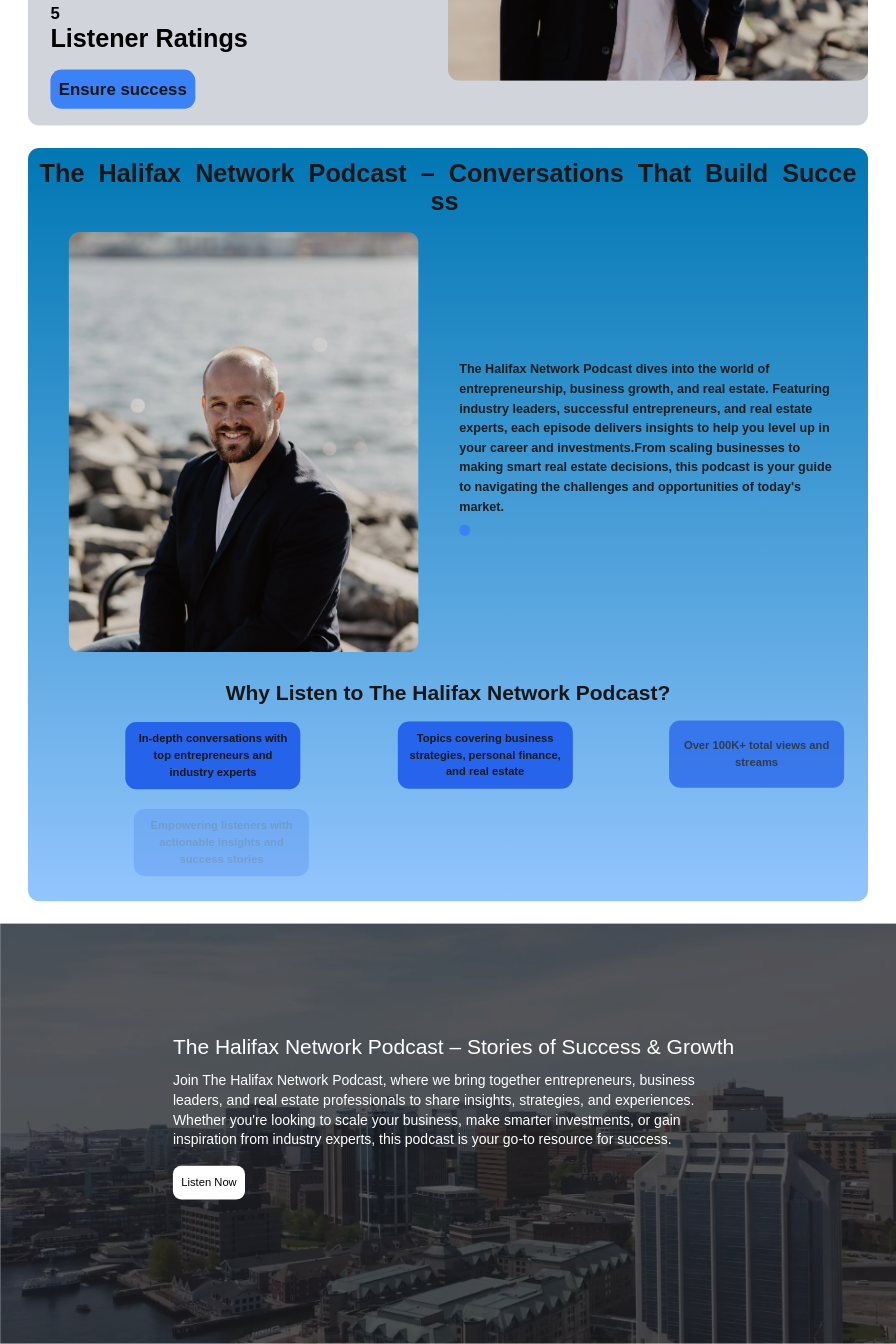
Repository: TMuse333/Chris-crowell
Page: /podcast (app in frontend/)
An editor plug-in stored every save of this project. The page is shown before and after the next save, followed by the edit.
The browser window is 1280 px wide. The pictures show the part of the page from y = 1048 to 2968 px (the page is 2968 px tall before and 2368 px after), at 70% of full size.
The project was rebuilt for these pictures with package versions that can differ from the ones it lists, and the page was loaded fresh each time. The framework's server and built-in components were replaced by stand-ins that run in the browser. Also part of the build but not shown: frontend/next.config.ts.

Above is the page before, as saved 2025-02-15 21:36:49.

### frontend/src/app/layout.tsx
import { ContextProvider } from "@/context/context";
import type { Metadata } from "next";
import { Geist, Geist_Mono } from "next/font/google";
import "./globals.css";

const geistSans = Geist({
  variable: "--font-geist-sans",
  subsets: ["latin"],
});

const geistMono = Geist_Mono({
  variable: "--font-geist-mono",
  subsets: ["latin"],
});

export const metadata: Metadata = {
  title: "Create Next App",
  description: "Generated by create next app",
};

export default function RootLayout({
  children,
}: Readonly<{
  children: React.ReactNode;
}>) {
  return (
    <html lang="en">
      <ContextProvider>


      <body
        className={`${geistSans.variable} ${geistMono.variable} antialiased`}
      >
        {children}
      </body>
      </ContextProvider>
    </html>
  );
}

### frontend/src/app/podcast/page.tsx


import PodcastPage from "@/pageComponents/podcastPage";
import React from "react";

const Page = () => {


    return (
        <PodcastPage/>
    )
}

export default Page

### frontend/src/context/context.tsx
"use client"

import React, { createContext, useState, useContext, ReactNode, useEffect } from 'react';

// Define the type for the context value
interface GeneralContextType {
  isMobile: boolean;
  setIsMobile: React.Dispatch<React.SetStateAction<boolean>>;
  isDesktop: boolean;
  setIsDesktop: React.Dispatch<React.SetStateAction<boolean>>;


  applicationFormState: Record<string, string>;
  setApplicationFormState: React.Dispatch<React.SetStateAction<Record<string, string>>>;


}


// Create the context
export const GeneralContext = createContext<GeneralContextType | undefined>(undefined);

// Create a provider component
export const ContextProvider: React.FC<{ children: ReactNode }> = ({ children }) => {
  // Initialize the value state


  // Detect mobile devices
  const [isMobile, setIsMobile] = useState<boolean>(true);

const [isDesktop, setIsDesktop] = useState(false)

const [applicationFormState, setApplicationFormState] = useState<Record<string, string>>({});

  useEffect(() => {
    const handleScroll = () => {
      if (typeof window !== 'undefined') {
        setIsMobile(window.innerWidth <= 865);
      }
      else{
        setIsDesktop(true)
      }
    };

    if (typeof window !== 'undefined') {
      window.addEventListener('scroll', handleScroll);
      handleScroll(); // Initial check
    }

    return () => {
      if (typeof window !== 'undefined') {
        window.removeEventListener('scroll', handleScroll);
      }
    };
  }, []);

  useEffect(() => {
    const handleScroll = () => {
      if (typeof window !== 'undefined') {
        setIsDesktop(window.innerWidth > 868);
      }

    };

    if (typeof window !== 'undefined') {
      window.addEventListener('scroll', handleScroll);
      handleScroll(); // Initial check
    }

    return () => {
      if (typeof window !== 'undefined') {
        window.removeEventListener('scroll', handleScroll);
      }
    };
  }, []);


  useEffect(() => {
    console.log('is mobile', isMobile);
    console.log("is desktop", isDesktop)
  }, [isDesktop]);

  const contextValue = {

    isMobile,
    setIsMobile,
    applicationFormState,
    setApplicationFormState,
    isDesktop,
    setIsDesktop


  };

  return <GeneralContext.Provider value={contextValue}>{children}</GeneralContext.Provider>;
};

export const useGeneralContext = (): GeneralContextType => {
  const context = useContext(GeneralContext);
  if (!context) {
    throw new Error('useGeneralContext must be used within a ContextProvider');
  }
  return context;
};

### frontend/src/app/globals.css
@tailwind base;
@tailwind components;
@tailwind utilities;

:root {
  --background: #ffffff;
  --foreground: #171717;
}

@media (prefers-color-scheme: dark) {
  :root {
    --background: #0a0a0a;
    --foreground: #ededed;
  }
}

body {
  color: var(--foreground);
  background: var(--background);
  font-family: Arial, Helvetica, sans-serif;
}

@keyframes gradientAnimation {
  0% { background-position: 0% 50%; }
  50% { background-position: 100% 50%; }
  100% { background-position: 0% 50%; }
}

.gradient-animation {
  background: linear-gradient(90deg, #00bfff, #00A7E0, #64D8FF);
  background-size: 200% 200%;
  background-clip: text;
  -webkit-background-clip: text;
  color: transparent;
  animation: gradientAnimation 8s ease-in-out infinite;
}

### frontend/src/pageComponents/podcastPage.tsx
"use client"

import BgText from "@/components/contentPieces/bgText/bgText";
import CountUpImageText from "@/components/contentPieces/countUpImageText/countUpImageText";
import ExperienceCard from "@/components/contentPieces/experienceCard/experienceCard";
import ServiceHerobanner from "@/components/herobanners/serviceHerobanner/serviceHerobanner";
import { podcastCountup, podcastExperienceCard, podcastHerobanner, podcastText } from "@/data/podcastData";
import React from "react";


const PodcastPage = () => {


    return (
        <main className="w-screen">
            <ServiceHerobanner
            {...podcastHerobanner}
           alt=""
            />
            <CountUpImageText
            {...podcastCountup}
            />

            <ExperienceCard
            {...podcastExperienceCard}
            buttonText=""
            />

            <BgText
            {...podcastText}
            />
        </main>
    )
}

export default PodcastPage

### frontend/src/components/contentPieces/bgText/bgText.tsx
"use client"

import React, { useRef} from "react";
import Link from "next/link";
import {motion, useInView} from 'framer-motion'
import Image from "next/image";


interface Props {
    image:string,
    title:string,
    description:string,
    buttonText:string,
    destination:string

}

const BgText: React.FC<Props> = ({image,title,description,
destination,buttonText}) => {

    const ref = useRef(null)

    const inView = useInView(ref,{
        once:true
    })

      const variants = {
        initial:{
            opacity:0,
            x:-100
        },
        animate:{
            x:0,
            opacity:1,
            transition:{
                opacity:{
                    duration:0.5
                }
            }
        }

      }

      const textVariants = {
        initial:{
            y:-20,
            opacity:0
        },
        animate:{
            opacity:1,
            y:0,
            transition:{
                delay:0.5
            }
        }
      }

    return (
        <motion.section ref={ref}

        className={`w-screen text-white h-[600px]
        relative flex flex-col items-center justify-center
        bg-center
        `}
        variants={variants}
        initial='initial'
        animate={inView ? 'animate' : 'initial'}
        >
            <Image src={image}
            alt="A background image of cash to signifies how you cash sell your houses fast for cash with ontario cash for houses"
            className='absolute w-full h-full
            object-cover'
                style={{
                    filter:'brightness(0.6)'
                }}
                width={600}
                height={1300}
            />

            <motion.div className="-mt-12 relative z-[4]"
              variants={textVariants}
              initial='initial'
              animate={inView ? 'animate' : 'initial'}>
            <motion.h4

            className="pl-4 text-3xl  ">{title}
            </motion.h4>

            <p className="mt-4 text-left pl-4 pr-4
            max-w-[800px] sm:text-xl ">{description}</p>

            <Link href={destination}
            passHref>
                <button className="mt-6 text-black
                bg-white ml-4 hover:bg-blue-500
                transition-all hover:text-white
                hover:scale-[1.05] p-3
                rounded-xl">
                {buttonText}
                </button>
            </Link>
            </motion.div>
        </motion.section>
    )
}

export default BgText

### frontend/src/components/contentPieces/countUpImageText/countUpImageText.tsx
import { useGeneralContext } from "@/context/context";
import Image from "next/image";
import React, { useRef } from "react";
import CountUp from "react-countup";
import {useInView,motion,useTransform,
    easeIn, useScroll
} from 'framer-motion'
interface Props {
    src:string,
    alt:string
    title:string,
    description:string,
    stats:{
        number:string,
        name:string
    }[]
}



const CountUpImageText:React.FC<Props> = ({
    src,alt,title,description,stats
}) => {

    const {isMobile} = useGeneralContext()

    const ref = useRef(null)

    const inView = useInView(ref,{
        amount:!isMobile ? 0.5 : 0.4,
        once:true
    })

    const { scrollYProgress } = useScroll({
        target: ref, // Watch this section
        offset: ["start end", "end start"], // Trigger based on when it enters and leaves the viewport
    });

    // Map scrollYProgress to scale and opacity
    const scale = useTransform(scrollYProgress, [0, 0.3, 0.7, 1], [0.95, 1, 1, 0.95],  { ease:easeIn });

    const fadeInVariants = (delay: number) => {

        return {
            initial: { opacity: 0, x: -30, y: -20 },
            animate: { opacity: 1, x: 0, y: 0 ,
            transition: {
              duration: 0.4,
              delay: delay, // Delay based on the parameter
              ease: "easeInOut"
            }
        }
        }

      };

      const statVariants = (delay: number) => {

        return {
            initial: { opacity: 0, x: -50, y: 0 },
            animate: { opacity: 1, x: 0, y: 0 ,
            transition: {
              duration: 0.5,
              delay:0.3 + delay, // Delay based on the parameter
              ease: "easeInOut"
            }
        }
        }
      };

      const ref2 = useRef(null)

      const countInView = useInView(ref2,{
        once:true
      })


      return (
        <motion.section
          style={{
            scale
          }}
          ref={ref}
          className="flex flex-col bg-gray-300 mt-12 w-[97vw] rounded-2xl overflow-hidden md:flex-row-reverse mx-auto max-w-[1200px]"
        >
          {/* Title */}
          <motion.h2
            variants={fadeInVariants(0)}
            initial="initial"
            animate={inView ? "animate" : "initial"}
            className="mx-auto text-3xl text-black font-bold text-center sm:text-4xl md:text-5xl mt-12 mb-4 md:hidden"
          >
            {title}
          </motion.h2>

          <section className="relative w-[98vw] md:w-[48vw] md:block h-[80vh]
          ">

            <Image
              src={src}
              alt={alt}
              width={600}
              height={1300}
              className={`w-full h-full rounded-2xl
              z-[1]
               object-cover mx-auto md:block transition-all
               duration-1000
               ${inView ? ' h-[80vh]' : 'h-0'}
                 mt-auto mb-auto absolute`}
              style={{
                borderRadius: "1rem"
              }}
            />
          </section>

          {/* Description */}
          <section className="flex flex-col px-4 md:w-[48vw]">
            <motion.h2
              variants={fadeInVariants(0)}
              initial="initial"
              animate={inView ? "animate" : "initial"}
              className="mx-auto text-3xl text-black font-bold text-center sm:text-4xl md:text-5xl mt-12 mb-4 hidden md:block"
            >
              {title}
            </motion.h2>

            <motion.p
              variants={fadeInVariants(0.1)}
              initial="initial"
              animate={inView ? "animate" : "initial"}
              className="text-black md:px-4 font-semibold mb-6 mt-4 md:mt-0"
            >
              {description}
            </motion.p>

            <section
            ref={ref2}
            className="flex mx-auto flex-col justify-center items-center  mt-4 md:flex-row font-semibold md:mr-auto md:ml-4
            ">
              {/* Stats Loop */}
              <div className="text-2xl mb-6 flex flex-col justify-start items-start">
                {stats.map((stat, index) => {
                  const delay = 0.2 + index * 0.4;
                   const nameDelay = 0.25 + index * 0.4
                  return (
                    <div
                      key={index}
                      className="flex flex-col text-black items-center justify-center text-center ml-4 mb-6 md:ml-0 mr-auto"
                    >
                      <motion.p
                        variants={statVariants(delay)}
                        initial="initial"
                        animate={countInView ? "animate" : "initial"}
                        className="sm:text-xl md:text-2xl mr-auto"
                      >
                        <CountUp
                          start={0}
                          end={countInView ? parseInt(stat.number) : 0}
                          duration={2}
                          className="mr-auto sm:text-2xl"
                        />
                      </motion.p>

                      <motion.p
                      variants={statVariants(nameDelay)}
                      initial="initial"
                      animate={countInView ? "animate" : "initial"}
                      className="mr-auto text-left self-start sm:text-3xl md:text-4xl">
                        {stat.name}
                      </motion.p>
                    </div>
                  );
                })}
                <button className="bg-blue-500
                p-3 rounded-2xl p-3">
                    Ensure success
                </button>
              </div>
            </section>
          </section>

        </motion.section>
      );

}

export default CountUpImageText

### frontend/src/components/herobanners/serviceHerobanner/serviceHerobanner.tsx

import React from 'react'

import Image from 'next/image'

interface Props {
    src:string,
    alt:string,
    title:string,
    description:string,
    buttonText:string,
    destination:string
}

const ServiceHerobanner:React.FC<Props> = ({
    src,alt,title,description,
    buttonText,
}) => {






    return (



    <header
    className='w-screen min-h-[500px]
    h-[75vh] text-center text-gray-200
    relative flex flex-col items-center justify-center
    transition-colors
    duration-1000
    '
    //  style={{
    //     backgroundImage:`url(${bg})`,
    //     backgroundSize:'cover',
    //     backgroundPosition:'center'

    // }}

   role='banner'
   >
    <Image className='w-full h-full object-cover absolute z-[1]
    brightness-[0.5]'
src={src}
priority
width={600}
height={1300}
alt={alt}
/>

        <section className='text-left w-4/5 relative z-[2]'>



<h1
 className='text-4xl sm:text-5xl md:text-6xl'>{title}</h1>
<h2

 className='text-xl mt-4 sm:text-2xl md:text-3xl'>{description}</h2>
<button





className='bg-gray-300 p-4 text-black !important
mt-8 hover:scale-[1.1] hover:bg-slate-900 hover:text-white
transition-all'>
 {buttonText}
</button>


</section>
    </header>
    )
}

export default ServiceHerobanner

### frontend/src/data/podcastData.ts
export const podcastHerobanner = {
    src:'/skyline.webp',

title: "Streamline Your Services, Build Client Trust",
description: "This page showcases your expertise and services in a clear, professional way. By detailing what you offer, you save time answering common client questions and establish trust by demonstrating your knowledge and commitment to their needs.",
    buttonText:'Get your own service page',
    destination:'/contact'
}


export const podcastCountup = {
    src: "/chris-side.webp",
    alt: "Chris hosting The Halifax Network Podcast",
    title: "The Halifax Network Podcast",
    description: `Bringing real estate insights, market trends, and expert interviews to Halifax and beyond. Tune in to stay informed, get valuable advice, and hear from industry professionals.`,
    stats: [
      {
        number: "50+",
        name: "Episodes Released",
      },
      {
        number: "100K+",
        name: "Total Views & Streams",
      },
      {
        number: "5★",
        name: "Listener Ratings",
      },
    ],
  };

  export const podcastExperienceCard = {
    title: "The Halifax Network Podcast – Conversations That Build Success",
    src: "/chris-seated.webp",
    alt: "Chris hosting The Halifax Network Podcast",
    description:
      "The Halifax Network Podcast dives into the world of entrepreneurship, business growth, and real estate. Featuring industry leaders, successful entrepreneurs, and real estate experts, each episode delivers insights to help you level up in your career and investments." +

      "From scaling businesses to making smart real estate decisions, this podcast is your guide to navigating the challenges and opportunities of today's market.",

    aspects: [
      "In-depth conversations with top entrepreneurs and industry experts",
      "Topics covering business strategies, personal finance, and real estate",
      "Over 100K+ total views and streams",
      "Empowering listeners with actionable insights and success stories",
    ],

    link: "/podcast",
    reverse: false,
    aspectHeader: "Why Listen to The Halifax Network Podcast?",
  };

  export const podcastText = {
    image: "/skyline.webp",
    title: "The Halifax Network Podcast – Stories of Success & Growth",
    description:
      "Join The Halifax Network Podcast, where we bring together entrepreneurs, business leaders, and real estate professionals to share insights, strategies, and experiences. Whether you're looking to scale your business, make smarter investments, or gain inspiration from industry experts, this podcast is your go-to resource for success.",

    buttonText: "Listen Now",
    destination: "/podcast",
  };

  export const podcastCarousel = {
    images: [
      {
        url: "/skyline.mp4",
        title: "Podcast About Websites",
        description: "Discussing the importance of a strong online presence and how websites impact business success.",
        isVideo: true,
      },
      {
        url: "/skyline.mp4",
        title: "Podcast About Real Estate Investing",
        description: "Exploring strategies for buying, selling, and investing in real estate for long-term wealth.",
        isVideo: true,
      },
      {
        url: "/skyline.mp4",
        title: "Podcast About Entrepreneurship",
        description: "Insights into starting and scaling a business, overcoming challenges, and building a brand.",
        isVideo: true,
      },
      {
        url: "/skyline.mp4",
        title: "Podcast About Networking",
        description: "How building meaningful connections can accelerate career and business growth.",
        isVideo: true,
      },
    ],
    hasDescription: true,
  };

### frontend/src/components/textAnimations/typeAlongText/typeAlongText.tsx
import { motion } from 'framer-motion';
import React, { ElementType, useState, useEffect } from 'react';

interface TypeAlongTextProps {
  text: string; // The text to animate
  as?: ElementType; // The HTML tag to render (default: 'p')
  styles?: string; // Additional CSS classes
  keywords?: string[]; // Highlighted keywords
  startAnimation?: boolean; // Control when animation starts
  setAnimationComplete?: React.Dispatch<React.SetStateAction<boolean>>; // Notify when animation is complete
  duration?: number; // Optional duration to control animation speed (default: 0.3 seconds)
}

const TypeAlongText: React.FC<TypeAlongTextProps> = ({
  text,
  as: Tag = 'p', // Default to 'p' tag
  styles = '',
  keywords = [],
  startAnimation = false, // Default to false if not provided
  setAnimationComplete, // Optional function to notify when animation is complete
  duration = 0.3, // Default animation duration for each character (can be customized)
}) => {
  const [highlightComplete, setHighlightComplete] = useState(false);
  const [animationStarted, setAnimationStarted] = useState(false);


  useEffect(() => {
    if (startAnimation && !animationStarted) {
      setAnimationStarted(true);
    }
  }, [startAnimation, animationStarted]);

  const isKeyword = (segment: string) => keywords.includes(segment);

  const handleAnimationComplete = () => {

    setHighlightComplete(true);
    if (setAnimationComplete) {
        console.log('typing animation complete')
      setAnimationComplete(true); // Notify parent that the animation is complete
    }
  };

  let charIndexCounter = 0;

  return (
    <Tag className={`inline-block text-center mx-auto ${styles}`}>
      {text.split('\n').map((line, lineIndex) => (
        <span key={lineIndex} className="block"> {/* Render each line as a block */}
          {line.split(' ').map((word, wordIndex) => (
            <span key={`${lineIndex}-${wordIndex}`}> {/* Add spacing between words */}
              {word.split('').map((char, charIndex) => {
                const cumulativeDelay = charIndexCounter * 0.05;
                charIndexCounter++;

                const isLastCharacter =
                  charIndexCounter === text.replace(/\s/g, '').length;

                return (
                  <motion.span
                    key={`${lineIndex}-${wordIndex}-${charIndex}`}
                    initial={{ y: -20, opacity: 0 }}
                    animate={startAnimation ? { y: 0, opacity: 1 } : {}}
                    transition={{
                      delay: cumulativeDelay,
                      duration:duration,
                    }}
                    className={`inline-block whitespace-pre-line ${
                      highlightComplete && isKeyword(word) ? 'animate-gradient' : ''
                    }`}
                    style={
                      highlightComplete && isKeyword(word)//#18C5FF
                        ? {
                            background: 'linear-gradient(90deg, #00bfff, #00A7E0, #64D8FF)',
                            backgroundSize: '200% 200%',
                            backgroundClip: 'text',
                            WebkitBackgroundClip: 'text',
                            color: 'transparent',
                            animation: 'gradient-animation 8s ease-in-out infinite',
                            transition: 'background 0.5s ease, color 0.5s ease',
                          }
                        : undefined
                    }
                    whileHover={{
                      y: -12,
                      transition: {
                        duration: 0.2,
                        ease: 'easeInOut',
                      },
                    }}
                    onAnimationComplete={isLastCharacter ? handleAnimationComplete : undefined}
                  >
                    {char}
                  </motion.span>
                );
              })}
              &nbsp; {/* Add space between words */}
            </span>
          ))}
        </span>
      ))}
    </Tag>
  );
};

export default TypeAlongText;

Loaded but not shown: frontend/tailwind.config.ts (common file); frontend/src/components/contentPieces/experienceCard/experienceCard.tsx (225 lines, source omitted)

After the next save:
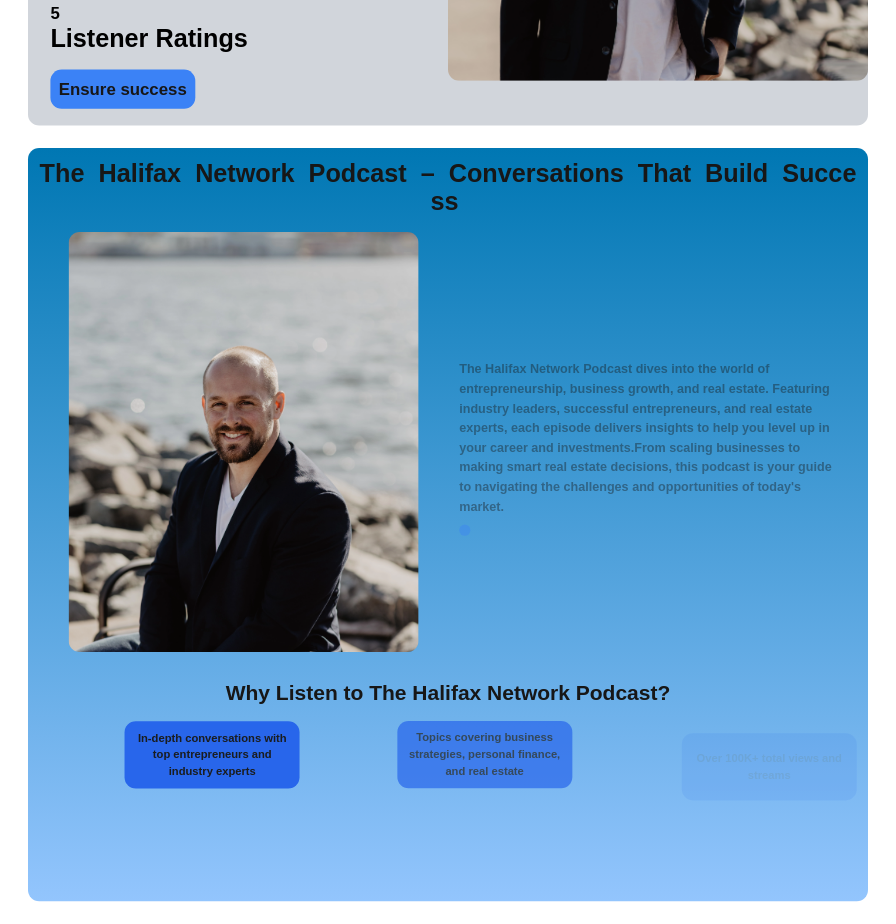
Saved 12 s later.
--- a/frontend/src/pageComponents/podcastPage.tsx
+++ b/frontend/src/pageComponents/podcastPage.tsx
@@ -26,9 +26,9 @@ const PodcastPage = () => {
             buttonText=""
             />
 
-            <BgText
+            {/* <BgText
             {...podcastText}
-            />
+            /> */}
         </main>
     )
 }
